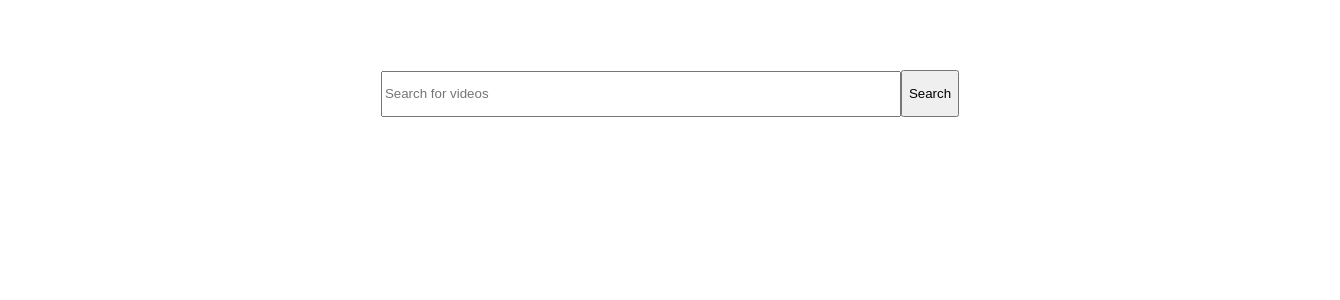
Repository: TeoVti/YouTube-Api-ReactJs
Page: /
The author's editor kept a copy of each file at every save. The page is drawn from the files as they stood at one save, then again after the next save.
The browser window is 1280 px wide. The page is 1340 px wide, so the pictures cover 1340 px, including what lies to the right of the window. The pictures show the whole page.
The page's requests for data from a server got no answer. The project was rebuilt for these pictures with package versions that can differ from the ones it lists, and the page was loaded fresh each time. No one was signed in, and anything a server would have sent is missing. Also part of the build but not shown: src/components/style/video.css, src/components/VideoItem.js.

Above is the page before, as saved 2020-02-19 17:08:43.

After the next save:
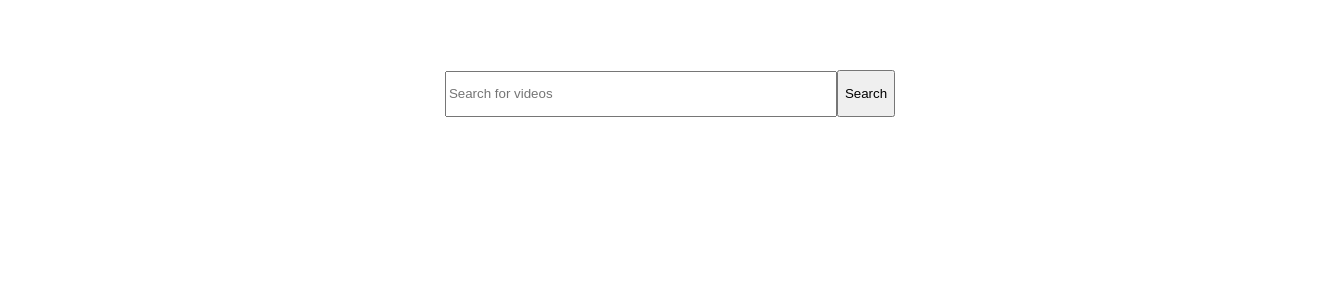
Saved 10 s later.
--- a/src/components/sch.css
+++ b/src/components/sch.css
@@ -8,7 +8,7 @@
 }
 
 .input-text {
-	width: 40%;
+	width: 30%;
 	height: 40px;
 }
 
